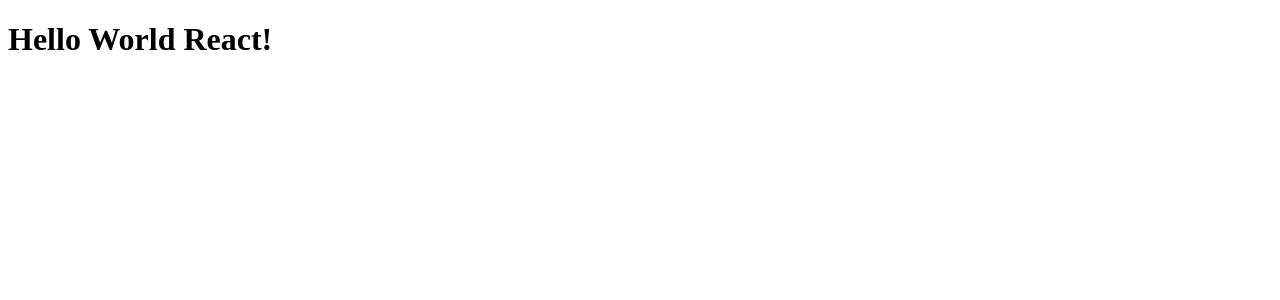
Repository: Himakaretggs/learn-react
Page: index.html
An editor plug-in stored every save of this project. The page is shown before and after the next save, followed by the edit.
The browser window is 1280 px wide. The pictures show the whole page.

Above is the page before, as saved 2023-09-02 21:17:58.

### index.html
<!DOCTYPE html>
<html lang="en">
<head>
    <meta charset="UTF-8">
    <meta name="viewport" content="width=device-width, initial-scale=1.0">
    <title>Nameste React</title>
</head>
<body>
    <div id="root"></div>

    <script crossorigin src="https://unpkg.com/react@18/umd/react.development.js"></script>
    <script crossorigin src="https://unpkg.com/react-dom@18/umd/react-dom.development.js"></script>
    <script src="./App.js"></script>
</body>
</html>

### App.js
var heading = React.createElement("h1", {}, "Hello World React!");

var root = ReactDOM.createRoot(document.getElementById("root"));

root.render(heading);

After the next save:
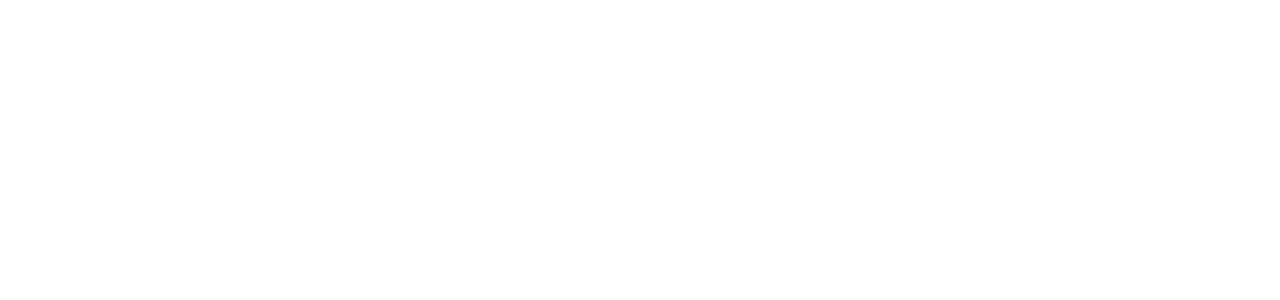
Console error (its wording comes from the project's code and is left out).
Saved 4 s later.
--- a/index.html
+++ b/index.html
@@ -6,7 +6,7 @@
     <title>Nameste React</title>
 </head>
 <body>
-    <div id="root"></div>
+    <div></div>
 
     <script crossorigin src="https://unpkg.com/react@18/umd/react.development.js"></script>
     <script crossorigin src="https://unpkg.com/react-dom@18/umd/react-dom.development.js"></script>

After the save that followed:
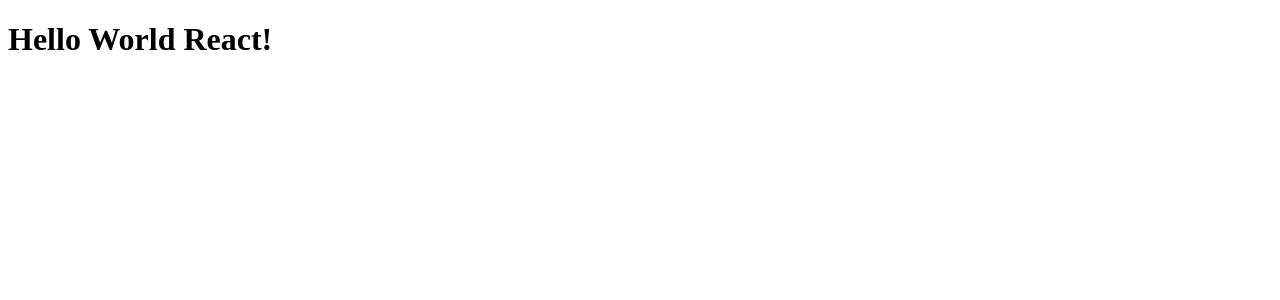
The error is gone.
Saved 9 s later.
--- a/index.html
+++ b/index.html
@@ -6,7 +6,7 @@
     <title>Nameste React</title>
 </head>
 <body>
-    <div></div>
+    <div id="root"></div>
 
     <script crossorigin src="https://unpkg.com/react@18/umd/react.development.js"></script>
     <script crossorigin src="https://unpkg.com/react-dom@18/umd/react-dom.development.js"></script>
